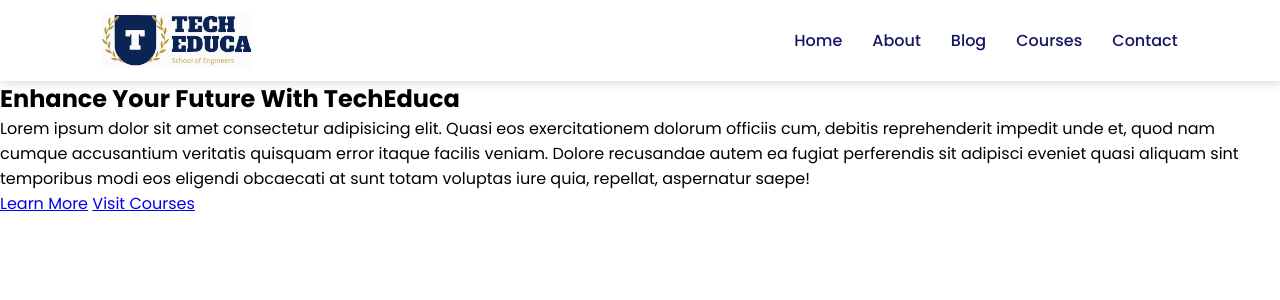
Repository: douglasabnovato/newtech
Page: index.html
The author's editor kept a copy of each file at every save. The page is drawn from the files as they stood at one save, then again after the next save.
The browser window is 1280 px wide. The pictures show the whole page.
The pointer rests on the first visible `nav .navigation ul li a`.
Some web libraries are served in a nearby version.

Above is the page before, as saved 2025-06-19 22:53:17.

After the next save:
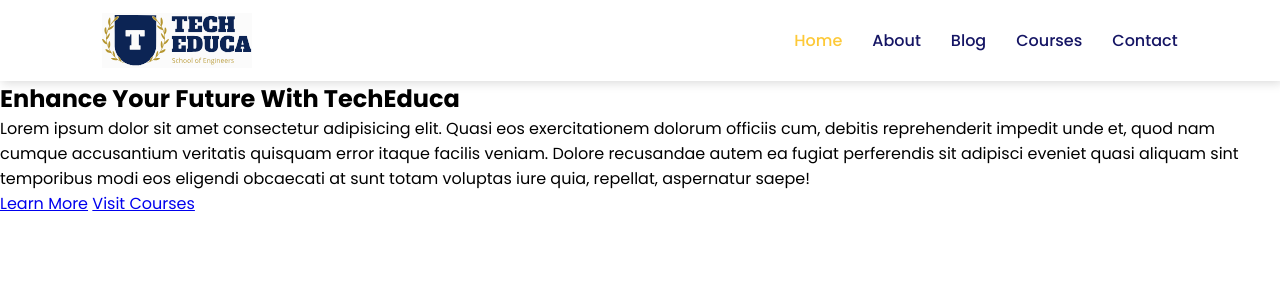
Saved 2 min 54 s later.
--- a/style.css
+++ b/style.css
@@ -62,6 +62,10 @@
   transition: 0.3s ease;
 }
 
+nav .navigation ul li a:hover {
+  color: #fdc938;
+}
+
 /* Home */
 
 /* features */
